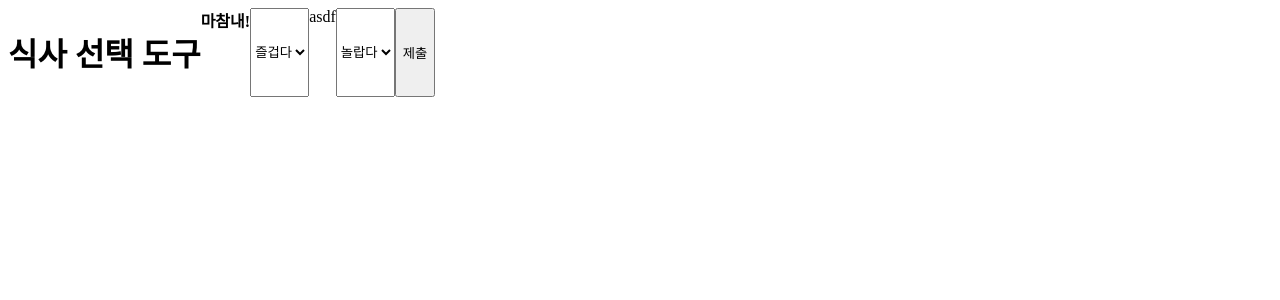
Repository: kimgh06/JavaWeb
Page: http://localhost/what/
An editor plug-in stored every save of this project. The page is shown before and after the next save, followed by the edit.
The browser window is 1280 px wide. The pictures show the whole page.
The page is served by Tomcat 9.

Above is the page before, as saved 2022-11-03 02:25:13.

After the next save:
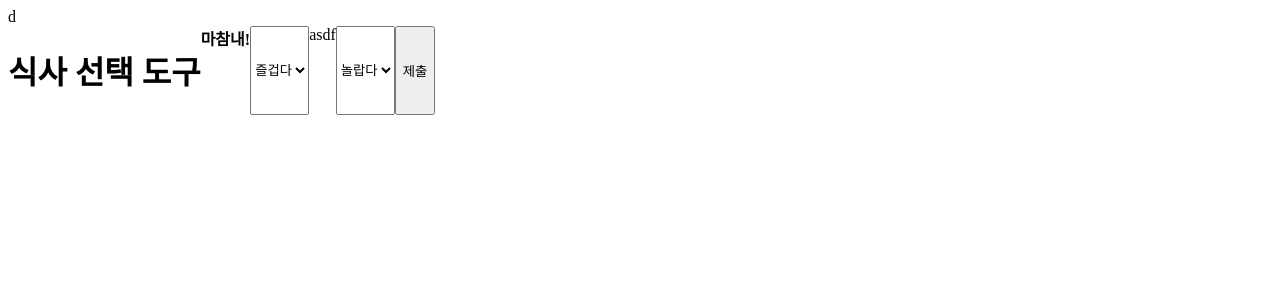
Saved 2 min 52 s later.
--- a/what/src/main/webapp/index.jsp
+++ b/what/src/main/webapp/index.jsp
@@ -6,7 +6,7 @@
 <meta charset="EUC-KR">
 <title>식사 선택 도구</title>
 <link href ="./main.css" rel = "stylesheet" type = "text/css">
-</head>
+</head>d
 <body>
 	<div id="main">
 	<h1>식사 선택 도구</h1>
